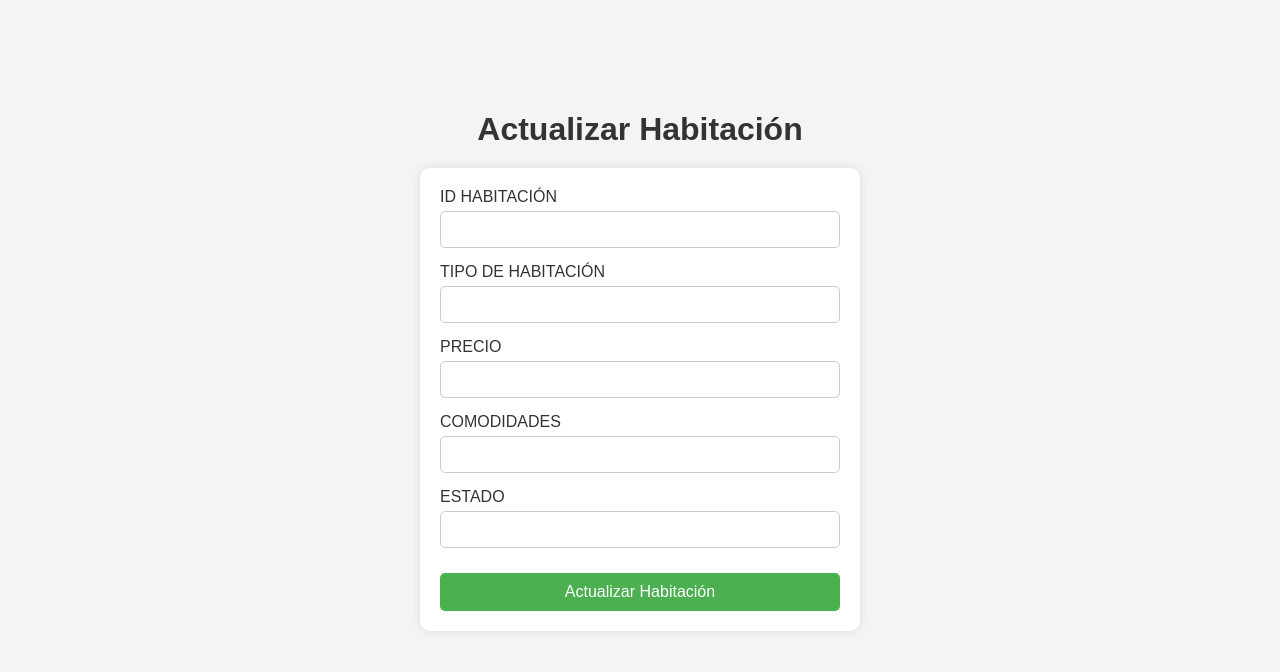
Repository: kevinqg0/Proyecto-Final-Gestion-Hotelera
Page: http://localhost/ProyectoGestionHotelera/ActualizarHabitacion.jsp
An editor plug-in stored every save of this project. The page is shown before and after the next save, followed by the edit.
The browser window is 1280 px wide. The pictures show the whole page.
The page is served by Tomcat 9. Other server files are loaded and not shown.

Above is the page before, as saved 2024-10-23 18:44:52.

### ProyectoGestionHotelera/src/main/webapp/ActualizarHabitacion.jsp
<%@ page language="java" contentType="text/html; charset=ISO-8859-1" pageEncoding="ISO-8859-1"%>
<%@page import="model.Habitacion"%>

<!DOCTYPE html>
<html lang="es">
<head>
    <meta charset="ISO-8859-1">
    <meta name="viewport" content="width=device-width, initial-scale=1.0">
    <title>Actualizar Habitación</title>
    <style>
        body {
            font-family: Arial, sans-serif;
            margin: 0;
            padding: 0;
            background-color: #f4f4f4;
            display: flex;
            flex-direction:column;
            justify-content: center;
            align-items: center;
            height: 100vh;
        }
        h1 {
            text-align: center;
            color: #333;
            margin-bottom: 20px;
        }
        .box-registro {
            background-color: #ffffff;
            padding: 20px;
            box-shadow: 0 0 10px rgba(0, 0, 0, 0.1);
            border-radius: 10px;
            width: 400px;
        }
        form {
            display: flex;
            flex-direction: column;
        }
        label {
            margin-bottom: 5px;
            color: #333;
        }
        input[type="text"], input[type="number"], select {
            width: 100%;
            padding: 10px;
            margin-bottom: 15px;
            border: 1px solid #ccc;
            border-radius: 5px;
            box-sizing: border-box;
        }
        button {
            background-color: #4CAF50;
            color: white;
            border: none;
            padding: 10px 20px;
            cursor: pointer;
            border-radius: 5px;
            font-size: 16px;
            margin-top: 10px;
        }
        button:hover {
            background-color: #45a049;
        }
    </style>
</head>
<body>

<h1>Actualizar Habitación</h1>

<div class="box-registro">
    <form action="ControladorHabitacion" method="post">
        <%
        String id = (request.getAttribute("id") != null) ? request.getAttribute("id").toString() : "";
        String tipoHabitacion = (request.getAttribute("tipoHabitacion") != null) ? request.getAttribute("tipoHabitacion").toString() : "";
        String precio = (request.getAttribute("precio") != null) ? request.getAttribute("precio").toString() : "";
        String comodidades = (request.getAttribute("comodidades") != null) ? request.getAttribute("comodidades").toString() : "";
        String estadoHabitacion = (request.getAttribute("estadoHabitacion") != null) ? request.getAttribute("estadoHabitacion").toString() : "";
        %>
        <label for="id">ID HABITACIÓN</label>
        <input type="text" id="id" name="id" value="<%=id%>" readonly>

        <label for="tipoHabitacion">TIPO DE HABITACIÓN</label>
        <input type="text" id="tipoHabitacion" name="tipoHabitacion" value="<%=tipoHabitacion%>" required>

        <label for="precio">PRECIO</label>
        <input type="text" id="precio" name="precio" value="<%=precio%>" required>

        <label for="comodidades">COMODIDADES</label>
        <input type="text" id="comodidades" name="comodidades" value="<%=comodidades%>" required>

        <label for="estadoHabitacion">ESTADO</label>
        <input type="text" id="estadoHabitacion" name="estadoHabitacion" value="<%=estadoHabitacion%>" required>

        <button type="submit">Actualizar Habitación</button>
    </form>
</div>

</body>
</html>

After the next save:
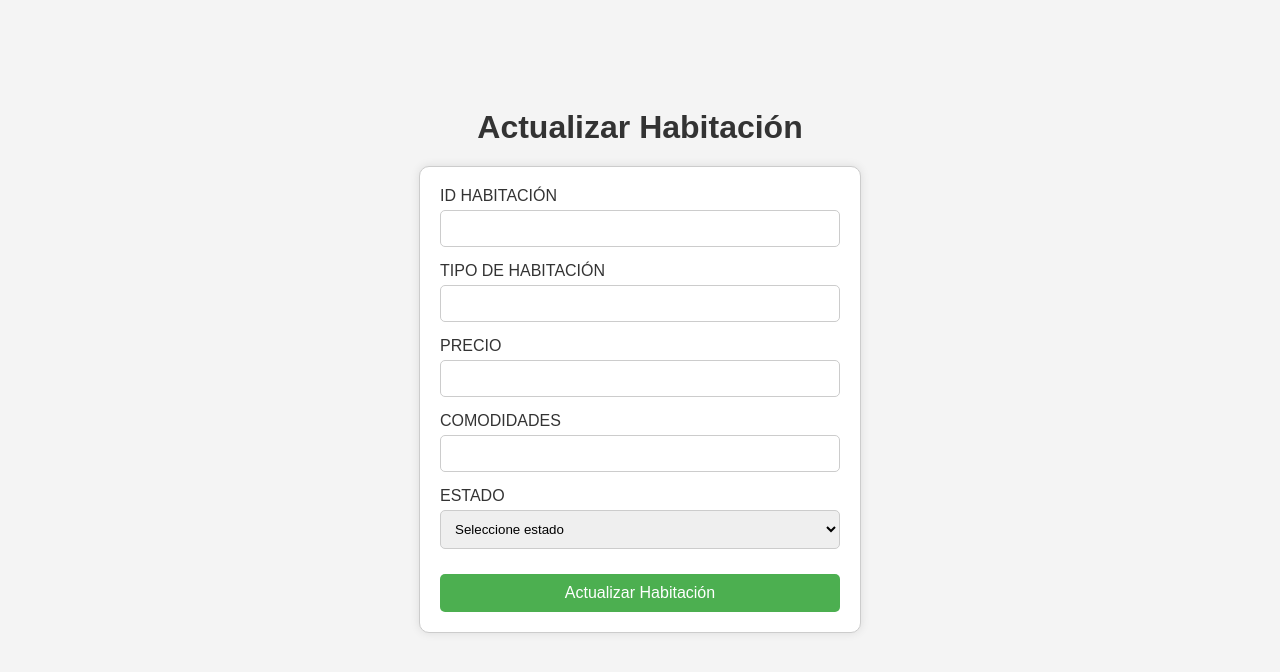
Saved 5 min 23 s later.
--- a/ProyectoGestionHotelera/src/main/webapp/ActualizarHabitacion.jsp
+++ b/ProyectoGestionHotelera/src/main/webapp/ActualizarHabitacion.jsp
@@ -14,7 +14,7 @@
             padding: 0;
             background-color: #f4f4f4;
             display: flex;
-            flex-direction:column;
+            flex-direction: column;
             justify-content: center;
             align-items: center;
             height: 100vh;
@@ -30,6 +30,7 @@
             box-shadow: 0 0 10px rgba(0, 0, 0, 0.1);
             border-radius: 10px;
             width: 400px;
+            border: 1px solid #ccc; /* Añadir borde al contenedor */
         }
         form {
             display: flex;
@@ -46,6 +47,10 @@
             border: 1px solid #ccc;
             border-radius: 5px;
             box-sizing: border-box;
+        }
+        input[type="text"]:focus, select:focus {
+            border-color: #4CAF50; /* Cambiar el color del borde al enfocar */
+            outline: none; /* Quitar el outline predeterminado */
         }
         button {
             background-color: #4CAF50;
@@ -88,7 +93,12 @@
         <input type="text" id="comodidades" name="comodidades" value="<%=comodidades%>" required>
 
         <label for="estadoHabitacion">ESTADO</label>
-        <input type="text" id="estadoHabitacion" name="estadoHabitacion" value="<%=estadoHabitacion%>" required>
+        <select id="estadoHabitacion" name="estadoHabitacion" required>
+            <option value="" disabled selected>Seleccione estado</option>
+            <option value="Disponible" <%= estadoHabitacion.equals("Disponible") ? "selected" : "" %>>Disponible</option>
+            <option value="Ocupada" <%= estadoHabitacion.equals("Ocupada") ? "selected" : "" %>>Ocupada</option>
+            <option value="En mantenimiento" <%= estadoHabitacion.equals("En mantenimiento") ? "selected" : "" %>>En mantenimiento</option>
+        </select>
 
         <button type="submit">Actualizar Habitación</button>
     </form>
